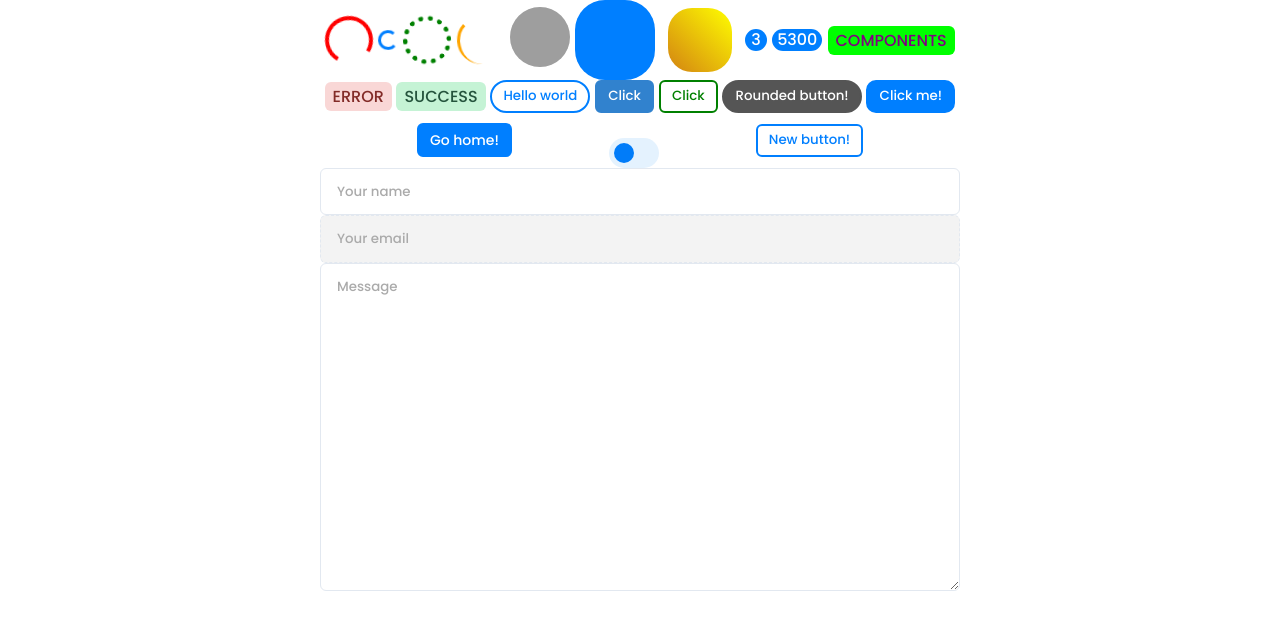
Repository: langf00rd/milky-ui
Page: / (app in example/)
An editor plug-in stored every save of this project. The page is shown before and after the next save, followed by the edit.
The browser window is 1280 px wide. The pictures show the whole page.
Pictures or frames that could not be fetched are drawn as grey boxes. The project was rebuilt for these pictures with package versions that can differ from the ones it lists, and the page was loaded fresh each time.

Above is the page before, as saved 2022-08-12 13:52:03.

After the next save:
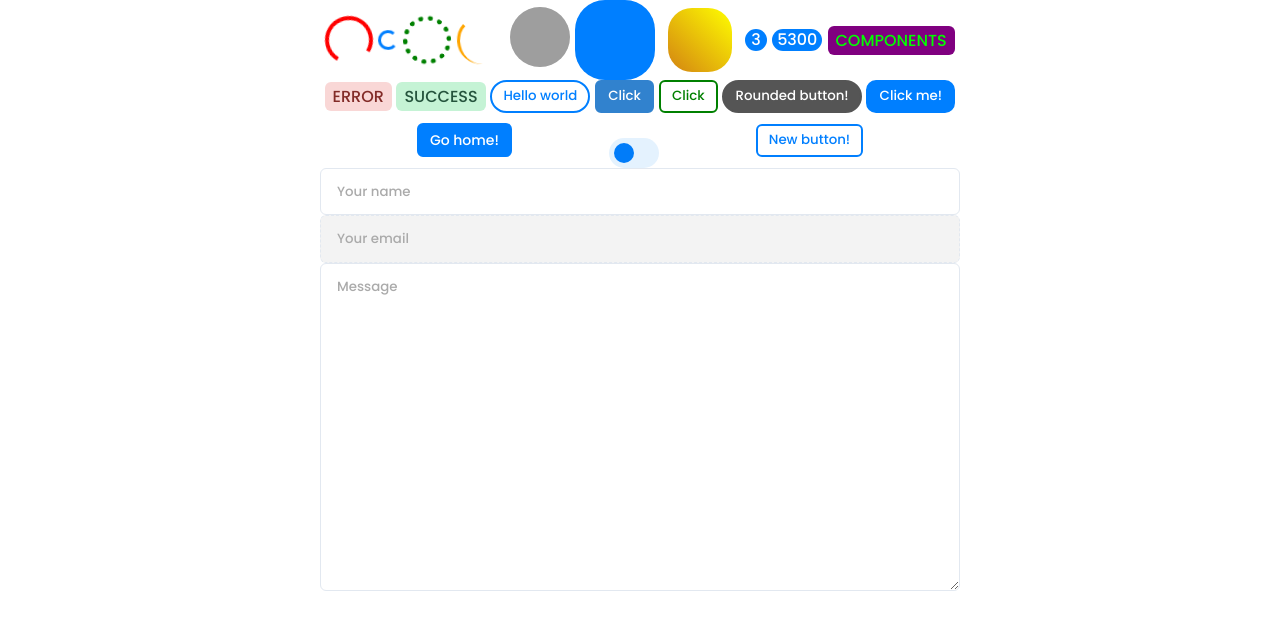
Saved 5 s later.
--- a/example/src/App.js
+++ b/example/src/App.js
@@ -27,7 +27,7 @@ const App = () => {
               size="80px" />
       <Badge label="3" />
       <Badge label="5300" />
-      <Label bg='lime' textColor='purple' text='COMPONENTS' />
+      <Label textColor='lime' bg='purple' text='COMPONENTS' />
       <Label type='error' text='ERROR' />
       <Label type='success' text='SUCCESS' />
       <OutlineButton label={"Hello world"} radius={"1000px"} hoverColor={"red"} />
